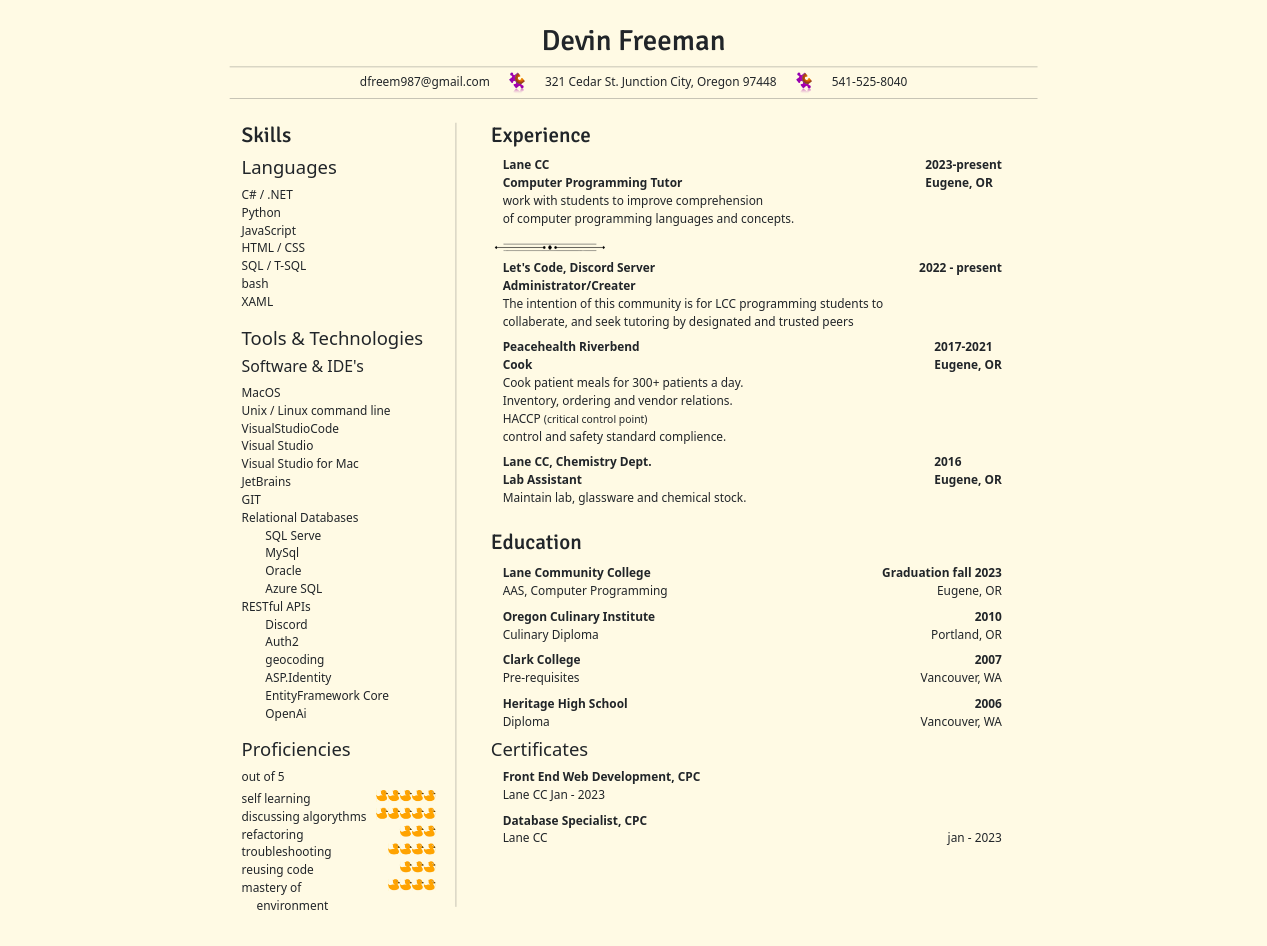
Repository: Dfreem/Resume
Page: index.html
These files come from the project's save history. The page is drawn as it stood at one moment and after the next save; the edit follows.
The browser window is 1280 px wide. The pictures show the whole page, at 99% of full size.

Above is the page before, as saved 2023-02-13 09:34:56.

### index.html
<!DOCTYPE html>
<html lang="en">

<head>
    <meta charset="UTF-8">
    <meta http-equiv="X-UA-Compatible" content="IE=edge">
    <meta name="viewport" content="width=device-width, initial-scale=1.0">
    <link href="https://cdn.jsdelivr.net/npm/bootstrap@5.3.0-alpha1/dist/css/bootstrap.min.css" rel="stylesheet"
        integrity="sha384-GLhlTQ8iRABdZLl6O3oVMWSktQOp6b7In1Zl3/Jr59b6EGGoI1aFkw7cmDA6j6gD" crossorigin="anonymous">
    <link href="resume.css" rel="stylesheet" />
    <title>Devin Freeman</title>
</head>

<body>

    <h1>Devin Freeman</h1>
    <hr />

    <!-- ========= banner ========= -->

    <div class="personal-info">
        dfreem987@gmail.com
        &emsp;
        <span><img src="puzzle.png" class="puzzle-piece"></img></span>
        &emsp;
        321 Cedar St. Junction City, Oregon 97448
        &emsp;
        <span><img src="puzzle.png" class="puzzle-piece"></img></span>
        &emsp;
        541-525-8040
        <!-- &nbsp;freemand@my.lanecc.edu -->
    </div>
    <hr />
    <!-- ========= Skills start ========= -->

    <div class="hstack">
        <div class="vstack skill-stack">
            <h2>Skills</h2>

            <!-- ========= programming language list ========= -->

            <ul class="langs">
                <div class="d-flex flex-row flex-nowrap">
                    <h3>Languages</h3>
                </div>
                <li class="d-flex flex-row flex-nowrap">
                    C# / .NET</li>
                <li class="d-flex flex-row flex-nowrap">
                    Python</li>
                <li class="d-flex flex-row flex-nowrap">
                    JavaScript</li>
                <li class="d-flex flex-row flex-nowrap">
                    HTML / CSS</li>
                <li class="d-flex flex-row flex-nowrap">
                    SQL / T-SQL</li>
                <li class="d-flex flex-row flex-nowrap">
                    bash</li>
                <li class="d-flex flex-row flex-nowrap">
                    XAML</li>
            </ul>
            <ul>
                <div>
                    <h3>Tools & Technologies</h3>
                    <h4>Software & IDE's</h4>
                    <li>MacOS</li>
                    <li>Unix / Linux command line</li>
                    <li>VisualStudioCode</li>
                    <li>Visual Studio</li>
                    <li>Visual Studio for Mac</li>
                    <li>JetBrains </li>
                    <li>GIT</li>
                    <li>
                        <ul>
                            Relational Databases
                            <li class="ms-4">SQL Serve</li>
                            <li class="ms-4">MySql</li>
                            <li class="ms-4">Oracle</li>
                            <li class="ms-4">Azure SQL</li>
                        </ul>
                    </li>
                    <li>
                        <ul>
                            RESTful APIs
                            <li class="ms-4">Discord</li>
                            <li class="ms-4">Auth2</li>
                            <li class="ms-4">geocoding</li>
                            <li class="ms-4">ASP.Identity</li>
                            <li class="ms-4">EntityFramework Core</li>
                            <li class="ms-4">OpenAi</li>
                        </ul>
                    </li>
                    <li>

                    </li>
                    <li>

                    </li>
                </div>
            </ul>

            <!-- ========= Soft Skills ========= -->
            <div>
                <h3 class="same-line">Proficiencies</h3>

                <div class="push-right same-line">
                    out of 5
                </div>

            </div>
            <ul class="profs me-2">
                <li class="d-flex flex-row flex-nowrap">
                    self learning<div class="push-right five"></div>
                </li>
                <li class="d-flex flex-row flex-nowrap">
                    discussing algorythms<div class="push-right five"></div>
                </li>
                <li class="d-flex flex-row flex-nowrap">
                    refactoring<div class="push-right three"></div>
                </li>
                <li class="d-flex flex-row flex-nowrap">
                    troubleshooting<div class="push-right four"></div>
                </li>
                <li class="d-flex flex-row flex-nowrap">
                    reusing code<div class="push-right three"></div>
                </li>
                <li class="d-flex flex-row flex-nowrap">
                    mastery of <br />&emsp; environment<div class="push-right four">
                    </div>
                </li>
                <li class="dlex flex-row flex-nowrap"></li>
            </ul>

            <!-- ========= Professional References ========= -->

            <!-- <hr class="my-3" />
                <h3>References</h3>
                <dl class="profs me-2">
                    <dt class="d-flex flex-row flex-nowrap">
                        Bryce Fisher
                        <div class="push-right">
                            Lane CC, 2022
                        </div>
                    </dt>
                    <dd>
                        <b>collaborator / school colleague</b><br />
                        360-913-4165 <br />
                        bryce.e.fisher@gmail.com.
                    </dd>
                </dl>

                <dl class="profs me-2">
                    <dt class="d-flex flex-row flex-nowrap">
                        Ben Wilson
                        <div class="push-right">
                            Lane CC, 2022
                    </div>
                </dt>
                <dd>
                    <b>school colleague / tutee</b><br />
                    541-870-0555<br />
                    benosliw@gmail.com
                </dd>
            </dl>

            <dl class="profs me-2">
                <dt class="d-flex flex-row flex-nowrap">
                    Paul Frost
                    <div class="push-right">
                        Lane CC, 2022
                    </div>
                </dt>
                <dd>
                    <b>school colleague / tutee</b><br />
                    458-210-0711<br />
                    workpaulfrost@gmail.com<br />

                </dd>
            </dl> -->
        </div>
        <div class="vr my-4"></div>
        <div class="vstack work-stack">

            <!-- ========= Most Recent Work History ========= -->

            <dl class="work-history mt-4">
                <h2>Experience</h2>

                <!-- ========== Experience ========== -->

                <div class="container work-container">
                    <dt class="d-flex flex-nowrap flex-row">
                        Lane CC
                        <br />
                        Computer Programming Tutor
                        <div class="push-right">
                            2023-present
                            <br />
                            Eugene, OR
                        </div>
                    </dt>
                    <dd class="ed-details">
                        work with students to improve comprehension <br /> of computer programming languages and
                        concepts.
                    </dd>
                </div>
                <img src="min_line_seperater.png" class="seperater">
                <div class="container work-container">
                    <dt class="d-flex flex-nowrap flex-row">
                        Let's Code, Discord Server<br />
                        Administrator/Creater
                        <div class="push-right">2022 - present</div>
                    </dt>
                    <dd class="ed-title">
                        The intention of this community is for LCC programming students to<br />
                        collaberate, and seek tutoring by designated and trusted peers
                    </dd>
                </div>
                <!-- ========== work history slot 2 ========== -->
                <div class="container work-container">
                    <dt class="d-flex flex-nowrap flex-row">
                        Peacehealth Riverbend
                        <br />
                        Cook
                        <div class="push-right">
                            2017-2021
                            <br />
                            Eugene, OR
                        </div>
                    </dt>
                    <dd class="ed-details">
                        Cook patient meals for 300+ patients a day. <br />
                        Inventory, ordering and vendor relations. <br />
                        HACCP <small>(critical control point)</small><br />
                        control and safety standard complience. <br />
                    </dd>
                </div>

                <!-- ========== work history slot 3 ========== -->
                <!--
                    <div class="container work-container">
                        <dt class="d-flex flex-nowrap flex-row">
                            McMenamins
                            <br />
                            Assistant kitchen manager
                            <div class="push-right">
                                2011-2013
                                <br />
                                Portland, OR
                                <br />
                            </div>
                        </dt>
                        <dd class="ed-details">
                            Staff management. Food order expeditor. <br />
                            Proficient in all stations including Pizza Kitchen.
                        </dd>
                    </div> -->

                <!-- ========== work history slot 3 ========== -->

                <div class="container work-container">
                    <dt class="d-flex flex-nowrap flex-row">
                       Lane CC, Chemistry Dept.
                        <br />
                        Lab Assistant
                        <div class="push-right">
                            2016
                            <br />
                            Eugene, OR
                        </div>
                    </dt>
                    <dd class="ed-details">Maintain lab, glassware and chemical stock.</dd>
                </div>
            </dl>

            <!-- ========== Education Start ========== -->

            <dl class="education">
                <h2>Education</h2>

                <!-- ========== Education slot 1 ========== -->

                <div class="container work-container">
                    <dt class="d-flex flex-nowrap flex-row">
                        <div class="ed-title">Lane Community College</div>
                        <div class="push-right">Graduation fall 2023</div>
                    </dt>
                    <dd class="d-flex flex-nowrap flex-row">
                        <div class="ed-title">AAS, Computer Programming </div>
                        <span class="push-right"> Eugene, OR </span>
                    </dd>
                </div>

                <!-- ========== Education slot 2 ========== -->

                <div class="container work-container">
                    <dt class="d-flex flex-nowrap flex-row">
                        <div class="ed-title">Oregon Culinary Institute</div>
                        <span class="push-right">2010</span>
                    </dt>
                    <dd class="d-flex flex-nowrap flex-row">
                        <div class="ed-title">Culinary Diploma</div>
                        <span class="push-right">Portland, OR</span>
                    </dd>
                </div>

                <!-- ========== Education slot 3 ========== -->

                <div class="container work-container">
                    <dt class="d-flex flex-nowrap flex-row">
                        <div class="ed-title">Clark College</div>
                        <span class="push-right">2007</span>
                    </dt>
                    <dd class="d-flex flex-nowrap flex-row">
                        <div class="ed-title">Pre-requisites</div>
                        <span class="push-right">Vancouver, WA</span>
                    </dd>
                </div>

                <!-- ========== Education slot 4 ========== -->

                <div class="container work-container">
                    <dt class="d-flex flex-nowrap flex-row">
                        <div class="ed-title">Heritage High School</div>
                        <span class="push-right">2006</span>
                    </dt>
                    <dd class="d-flex flex-nowrap flex-row">
                        <div class="ed-title">Diploma</div>
                        <span class="push-right">Vancouver, WA</span>
                    </dd>
                </div>
                <!-- ========= Certifications ========= -->


                <h3>Certificates</h3>
                <div class="container work-container">
                    <dt class="d-flex flex-row flex-nowrap">
                        <div class="ed-title">Front End Web Development, CPC
                        </div>
                    </dt>
                    <dd>
                        <span class="push-right">
                            Lane CC
                            Jan - 2023

                        </span>
                    </dd>
                </div>

                <div class="container work-container">
                    <dt>Database Specialist, CPC </dt>
                    <dd class="d-flex flex-row flex-nowrap">Lane CC
                        <span class="push-right">jan - 2023</span>
                    </dd>
                </div>
        </div>
        </dl>



    </div>
    </div>
    <dl class="d-grid container">
        <div class="row">

    </dl>
    </div>

</body>
<script src="https://cdn.jsdelivr.net/npm/bootstrap@5.3.0-alpha1/dist/js/bootstrap.bundle.min.js"
    integrity="sha384-w76AqPfDkMBDXo30jS1Sgez6pr3x5MlQ1ZAGC+nuZB+EYdgRZgiwxhTBTkF7CXvN"
    crossorigin="anonymous"></script>

</html>

### resume.css
@import url('https://fonts.googleapis.com/css2?family=Raleway:ital,wght@0,500;0,700;0,800;1,500&family=Signika:wght@400;500;700&display=swap');

/*
font-family: 'Raleway', sans-serif;
font-family: 'Signika', sans-serif;
*/
body {
    /* padding-inline: 0.5in; */
    padding-block-start: 2em;
    margin: auto;
    max-width: 8.5in;
    min-width: 8.5in;
    max-height: 11in;
    font-size: 12px;
    background-color: rgb(255, 250, 228);
}

.personal-info {
    text-align: center;
    margin-bottom: 0;
}

h1 {
    font-family: 'Signika', sans-serif;
    text-align: center;
    font-size: 22pt;
    letter-spacing: 105%;
}

h2 {
    font-family: 'Signika', sans-serif;
    font-size: 16pt;
    margin-block-start: 0;
}

h3 {
    font-size: 14pt;
    width: fit-content;
}

h4 {
    font-size: 12pt;
}

.puzzle-piece {
    width: 1.6em;
    margin-block: .3em;
}

.work-history {
    min-width: 90%;
    align-self: flex-end;
    margin-inline-end: 2em;
}

.seperater {
    background-image: "/min_line_seperater.png";
    width:10em;
    height:2em;
    background-position: 50% 50%;
    background-size: contain;
    background-repeat: no-repeat;
}

.education {
    align-self: flex-end;
    margin-inline-end: 2em;
    width: 90%;
}

.skill-stack {
    min-width:25%;
    max-width: 25%;
    margin-inline:1em;
    margin-block-end: 1em;
    margin-top: 2em;
    /* background-color: chartreuse; */
}

.push-right {
    margin-inline-start: auto;
}

.profs {
    /* font-size: 10px; */
    margin-block: .3em;
}



.five {
    background-image: url("ducky.png");
    background-size: 12px;
    background-repeat: repeat-x;
    width:60px;
 }

.four {
    background-image: url("ducky.png");
    background-size: 12px;
    background-repeat: repeat-x;
    width:48px;
    /* background-position: ; */
}

.three {
    background-image: url("ducky.png");
    background-size: 12px;
    background-repeat: repeat-x;
    width:36px;
 }
.two {
    background-image: url("ducky.png");
    background-size: 12px;
    background-repeat: repeat-x;
    width:24px;
 }

hr {
    margin-block: 0;
}

ul {
    padding-Inline: 0;
}

li {
    list-style: none;
}

After the next save:
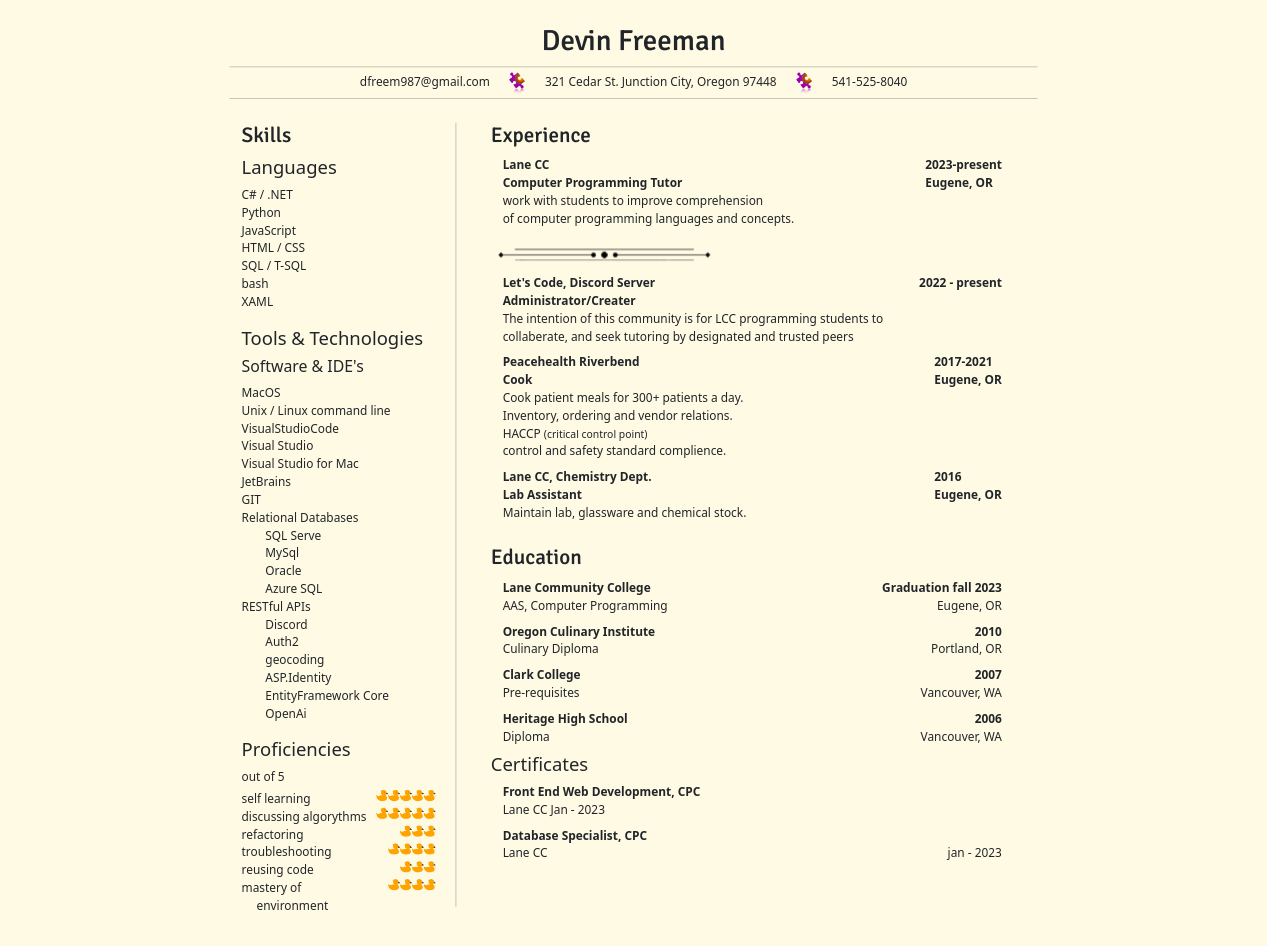
Saved 24 s later.
--- a/resume.css
+++ b/resume.css
@@ -54,12 +54,7 @@ h4 {
 }
 
 .seperater {
-    background-image: "/min_line_seperater.png";
-    width:10em;
-    height:2em;
-    background-position: 50% 50%;
-    background-size: contain;
-    background-repeat: no-repeat;
+    right:50%;
 }
 
 .education {
